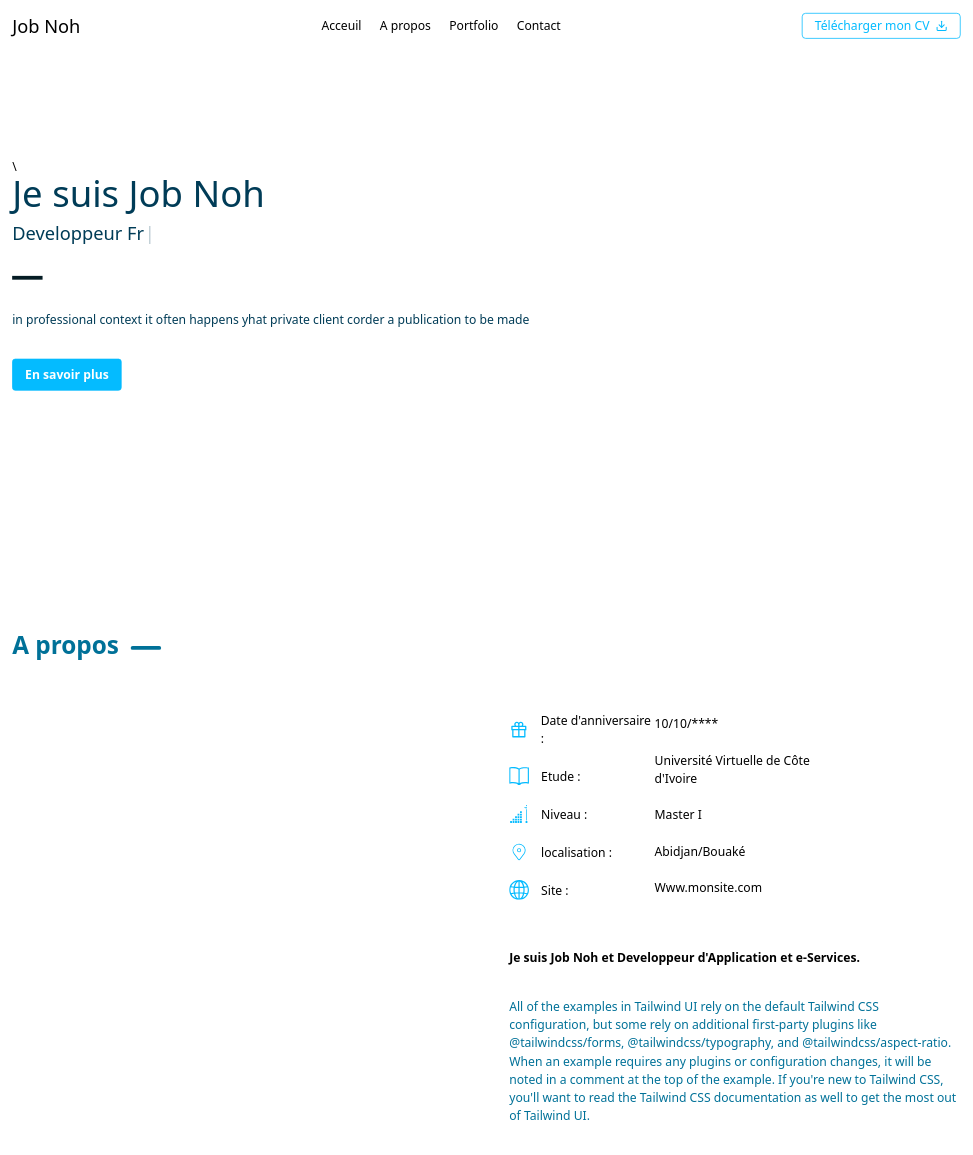
Repository: anoy1010/Nextportfolio
Page: /
An editor plug-in stored every save of this project. The page is shown before and after a run of saves, followed by the edit.
The browser window is 1280 px wide. The pictures show the whole page, at 76% of full size.
Backgrounds fixed to the window are drawn as part of the page. The project was rebuilt for these pictures with package versions that can differ from the ones it lists, and the page was loaded fresh each time. The framework's server and built-in components were replaced by stand-ins that run in the browser. Also part of the build but not shown: next.config.js, styles/Home.module.css.

Above is the page before, as saved 2023-03-06 18:05:21.

After the next 4 saves:
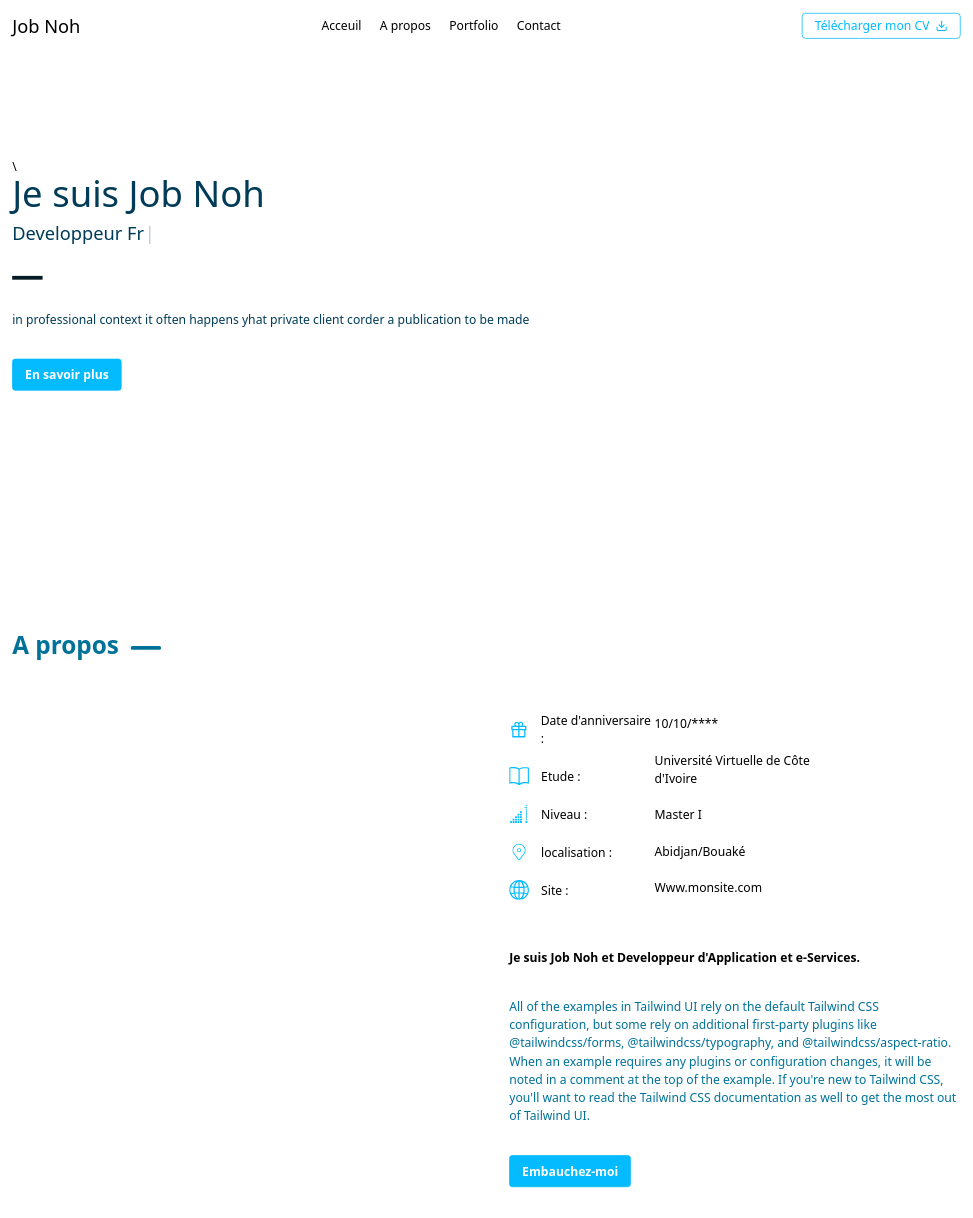
The 4 saves are shown as one change because 3 did not build or start.
The last was saved 2 min 0 s later.
--- a/components/About.js
+++ b/components/About.js
@@ -1,5 +1,6 @@
 import React from 'react'
 import Heading from './Heading'
+import Button from './Button'
 
 
 import {AiOutlineGift} from 'react-icons/ai'
@@ -72,7 +73,7 @@ const About = () => {
                         If you're new to Tailwind CSS, you'll want to read the Tailwind CSS documentation as well to get the most out of Tailwind UI.
 
                     </p>
-
+                    <Button link="#" text="Embauchez-moi"/>
                 </div>
             </div>
         </div>
